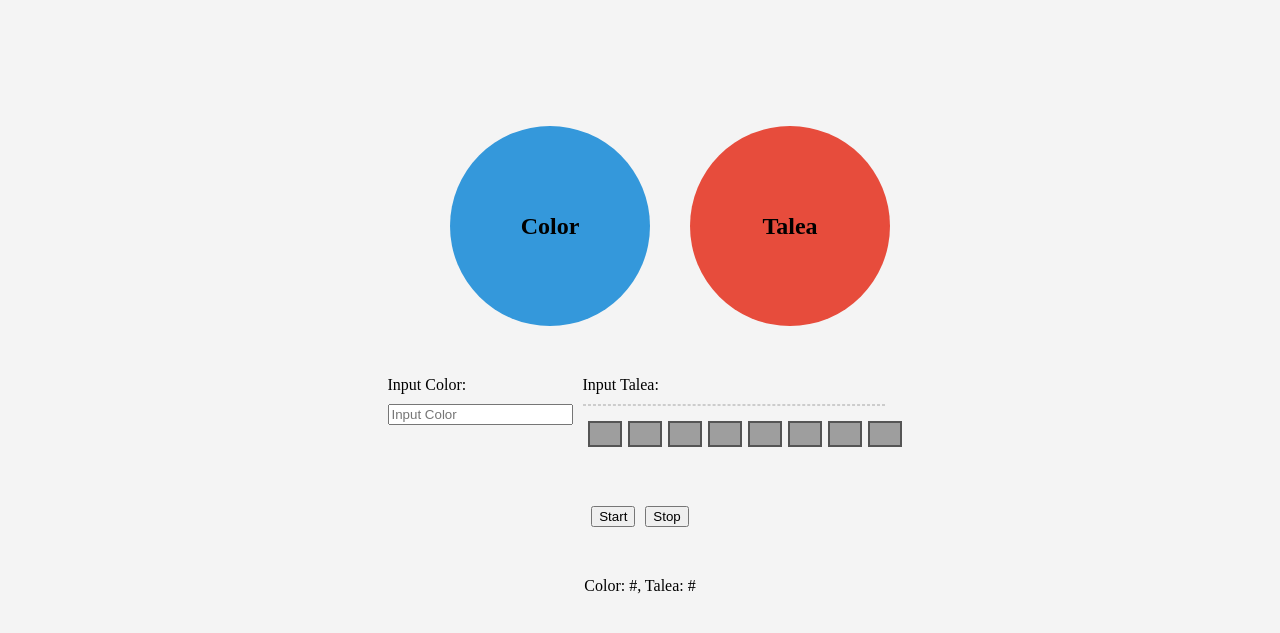
Repository: boshi-an/Isorhythm
Page: .vscode/Isorhythm/index.html
The author's editor kept a copy of each file at every save. The page is drawn from the files as they stood at one save, then again after the next save.
The browser window is 1280 px wide. The pictures show the whole page.
Pictures or frames that could not be fetched are drawn as grey boxes.

Above is the page before, as saved 2023-10-19 01:27:35.

### .vscode/Isorhythm/index.html
<!DOCTYPE html>
<html lang="en">

<head>
    <meta charset="UTF-8">
    <meta name="viewport" content="width=device-width, initial-scale=1.0">
    <title>Rotating Circles</title>
    <link rel="stylesheet" href="styles.css">
</head>

<body>
    <div class="circleContainer">
        <div class="circle" id="circle1">
            <div class="letter">Color</div>
        </div>
        <div class="circle" id="circle2">
            <div class="letter">Talea</div>
        </div>
    </div>
    <div class="inputContainer">
        <div class="taleaInputContainer">
            <div class="h3">Input Color:</div>
            <input type="text" id="input1" placeholder="Input Color">
        </div>
        <div class="taleaInputContainer">
            <div class="h3">Input Talea:</div>
            <div class="imageArea" id="noteInputBox"></div>
            <!-- <div class="taleaInputBox">
                <input type="text" id="input2" placeholder="Input Talea" disabled>
            </div> -->
            <div class="taleaInputButton">
                <div class="button small-btn" id="button1" onclick="addNote(1);"><img src="static/note1.png" /></div>
                <div class="button small-btn" id="button1.5" onclick="addNote(1.5);"><img src="static/note1.5.png" /></div>
                <div class="button small-btn" id="button2" onclick="addNote(2);"><img src="static/note2.png" /></div>
                <div class="button small-btn" id="button2.5" onclick="addNote(2.5);"><img src="static/note2.5.png" /></div>
                <div class="button small-btn" id="button3" onclick="addNote(3);"><img src="static/note3.png" /></div>
                <div class="button small-btn" id="button3.5" onclick="addNote(3.5);"><img src="static/note3.5.png" /></div>
                <div class="button small-btn" id="button4" onclick="addNote(4);"><img src="static/note4.png" /></div>
                <div class="button small-btn" id="buttonReset" onclick="addNote(0);"><img src="static/reset.png" /></div>
            </div>
        </div>
    </div>
    <div class="uiContainer">
        <button id="startBtn">Start</button>
        <button id="stopBtn">Stop</button>
    </div>
    <div class="div" id="display">
        Color: #, Talea: #
    </div>
    <script src="script.js"></script>
</body>

</html>

### .vscode/Isorhythm/styles.css
body {
    display: flex;
    flex-direction: column;
    /* Stack child elements vertically */
    justify-content: center;
    /* Center the content vertically */
    align-items: center;
    /* Center the content horizontally */
    height: 100vh;
    background-color: #f4f4f4;
    overflow: hidden;
    margin: 0;
    gap: 50px;
    /* Space between the circle container and the button container */
}

.circleContainer {
    display: flex;
    align-items: center;
    width: 420px;
    /* Adjust based on your circle sizes */
}

.inputContainer {
    display: flex;
    gap: 10px;
    margin-bottom: 10px;
}

.taleaInputContainer {
    display: flex;
    flex-direction: column;
    gap: 10px;
    margin-bottom: 0px;
}

.taleaInputBox {
    display: flex;
    gap: 10px;
}

.taleaInputButton {
    display: flex;
    gap: 10px;
}

.circle {
    width: 200px;
    height: 200px;
    border-radius: 50%;
    position: relative;
    display: flex;
    flex-shrink: 0;
    align-items: center;
    justify-content: center;
    margin: 0 20px;
}

.uiContainer {
    display: flex;
    gap: 10px;
}

.triangle {
    width: 0;
    height: 0;
    border-left: 50px solid transparent;
    border-right: 50px solid transparent;
    border-bottom: 87px solid #3498db;
    will-change: transform;
    transform-origin: 50% 50%;
}

.letter {
    position: absolute;
    font-size: 1.5em;
    font-weight: bold;
    top: 50%;
    left: 50%;
    transform-origin: 50% 50%;
    transform: translate(-50%, -50%);  /* Centering the letters */
}

.noteImg {
    max-width: 6%;
    position: absolute;
    font-size: 1.5em;
    font-weight: bold;
    top: 50%;
    left: 50%;
    transform-origin: 50% 50%;
    transform: translate(-50%, -50%);
}

#triangle1 {
    border-bottom: 87px solid #3498db;
    /* background-color: #3498db; */
}

#triangle2 {
    border-bottom: 87px solid #e74c3c;
    /* background-color: #e74c3c; */
}

#circle1 {
    background-color: #3498db;
}

#circle2 {
    background-color: #e74c3c;
}

.imageArea {
    width: 300px;
    height: auto;
    border: 1px dashed #ccc;
    display: flex;
    flex-wrap: wrap;
    align-items: center;
}

.imageArea img {
    max-width: 6%;
    margin: 5px;
}

.button img {
    max-width: 100%;
    margin: 5px;
    border: 2px solid #555;
}

.small-btn {
    width: 30px;
    height: 30px;
}

.image {
    position: absolute;
    top: 50%;
    left: 50%;
    transform-origin: 50% 50%;
    width: 30px;
    /* You can adjust this to your preferred image size */
    height: 30px;
}

### .vscode/Isorhythm/script.js
let angle1 = 180;
let angle2 = 0;
let letterPos = +20;
let circle1Size = 100;
let circle2Size = 100;
let rotationMultiplier = 320;
let circle1Num = 0;
let circle2Num = 0;
let rotateDist = 0;
let color = [];
let talea = [];
let taleaImgElement = [];
let animationId;
const circle1 = document.getElementById('circle1');
const circle2 = document.getElementById('circle2');
let duration = {
    1: 4,
    1.5: 6,
    2: 2,
    2.5: 3,
    3: 1,
    3.5: 1.5,
    4: 0.5
};

function getCurrentColor() {
    if (circle1Num == 0) {
        return '#';
    }
    let angle = (rotationMultiplier * rotateDist / circle1Size) % 360;
    let nowNote = parseInt(angle / (360 / circle1Num));
    return color[nowNote];
}

function getCurrentTalea() {
    if (circle2Num == 0) {
        return '#';
    }
    let angle = (rotationMultiplier * rotateDist / circle2Size) % 360;
    let nowNote = parseInt(angle / (360 / circle2Num));
    return talea[nowNote];
}

function updateTextDisplay() {
    const display = document.getElementById("display");
    display.innerHTML = `Color: ${getCurrentColor()}, Talea: <img src="static/note${getCurrentTalea()}.png" width="20" height="20"/>`;
}

function rotateCircle() {
    updateTextDisplay()
    rotateDist += 1/duration[getCurrentTalea()];
    angle1 = (rotationMultiplier * rotateDist / circle1Size) % 360;
    angle2 = (-rotationMultiplier * rotateDist / circle2Size) % 360;
    circle1.style.transform = `rotate(${angle1}deg)`;
    circle2.style.transform = `rotate(${angle2}deg)`;

    animationId = requestAnimationFrame(rotateCircle);
}

document.getElementById('startBtn').addEventListener('click', () => {
    cancelAnimationFrame(animationId);
    rotateCircle();
});

document.getElementById('stopBtn').addEventListener('click', () => {
    rotateDist = 0;
    circle1.style.transform = `rotate(0deg)`;
    circle2.style.transform = `rotate(0deg)`;
    cancelAnimationFrame(animationId);
});

function parseLetters(inputText) {
    let retArray = [];
    for (let i = 0; i < inputText.length-1; i++) {
        s = inputText[i];
        t = inputText[i+1];
        if (s.match(/[a-z]/i) && t.match(/[1-9]/i)) {
            retArray.push(`${s}${t}`);
        }
    }
    return retArray;
}

function updateLetters(circleId, inputText, bias) {
    inputText = parseLetters(inputText);
    const circle = document.getElementById(circleId);

    let circleR = inputText.length * 10;
    circle.style.width = `${circleR * 2}px`;
    circle.style.height = `${circleR * 2}px`;

    const size = circle.offsetWidth + letterPos;
    let rotateAngle = 0;
    let innerHTML = ""

    circle1Size = circle.offsetWidth;
    circle1Num = inputText.length;
    rotateAngle = 0;
    innerHTML = "<div class=\"letter\">Color</div>";
    color = inputText;

    // Remove any existing letters
    if (size <= 100) {
        circle.innerHTML = "";
    }
    else {
        circle.innerHTML = innerHTML;
    }

    // Add new letters
    for (let i = 0; i < inputText.length; i++) {
        const angle = -(i / inputText.length) * 360;
        const letterElem = document.createElement('div');
        letterElem.className = 'letter';
        letterElem.style.transform = `translate(-50%, -50%) rotate(${angle + bias}deg) translate(${size / 2}px) rotate(${rotateAngle}deg)`;
        letterElem.innerText = inputText[i];
        circle.appendChild(letterElem);
    }
}

function updateTalea(circleId, inputNote, bias) {
    const circle = document.getElementById(circleId);

    let circleR = inputNote.length * 10;
    circle.style.width = `${circleR * 2}px`;
    circle.style.height = `${circleR * 2}px`;

    const size = circle.offsetWidth + letterPos;
    let rotateAngle = 0;
    let innerHTML = ""

    circle2Size = circle.offsetWidth;
    circle2Num = inputNote.length;
    rotateAngle = 180;
    innerHTML = "<div class=\"letter\">Talea</div>";


    // Remove any existing letters
    if (size <= 100) {
        circle.innerHTML = "";
    }
    else {
        circle.innerHTML = innerHTML;
    }

    // Add new letters
    for (let i = 0; i < inputNote.length; i++) {
        const angle = (i / inputNote.length) * 360;
        const imgElem = document.createElement('img');
        imgElem.className = 'image';
        imgElem.src = `static/note${inputNote[i]}.png`;;
        imgElem.style.transform = `translate(-50%, -50%) rotate(${angle + bias}deg) translate(${size / 2}px) rotate(${rotateAngle}deg)`;
        circle.appendChild(imgElem);
    }
}

function addNote(number) {
    // alert(number);
    // document.getElementById('input2').value += number;
    // Get the image area div
    if (number != 0) {
        talea.push(number);
        const imageArea = document.getElementById('noteInputBox');

        // Create a new img element
        const img = document.createElement('img');
        img.src = `static/note${number}.png`;

        // Append the img to the image area
        imageArea.appendChild(img);

        taleaImgElement.push(img);
    }
    else if (talea.length > 0) {
        talea.pop();

        length = taleaImgElement.length-1
        if (taleaImgElement[length].parentNode) {
            taleaImgElement[length].parentNode.removeChild(taleaImgElement[length]);
        }
        taleaImgElement.pop();
    }
    // updateTalea('input2');
    updateTalea('circle2', talea, 180);
}

document.getElementById('input1').addEventListener('input', () => updateLetters('circle1', document.getElementById('input1').value, 0));
// document.getElementById('input2').addEventListener('input', () => updateLetters('circle2', 'input2', 180));
// document.getElementById('input2').addEventListener('input', () => updateTalea('input2'));

// document.getElementById("button1").onclick = function () { addNumber(1); };

After the next save:
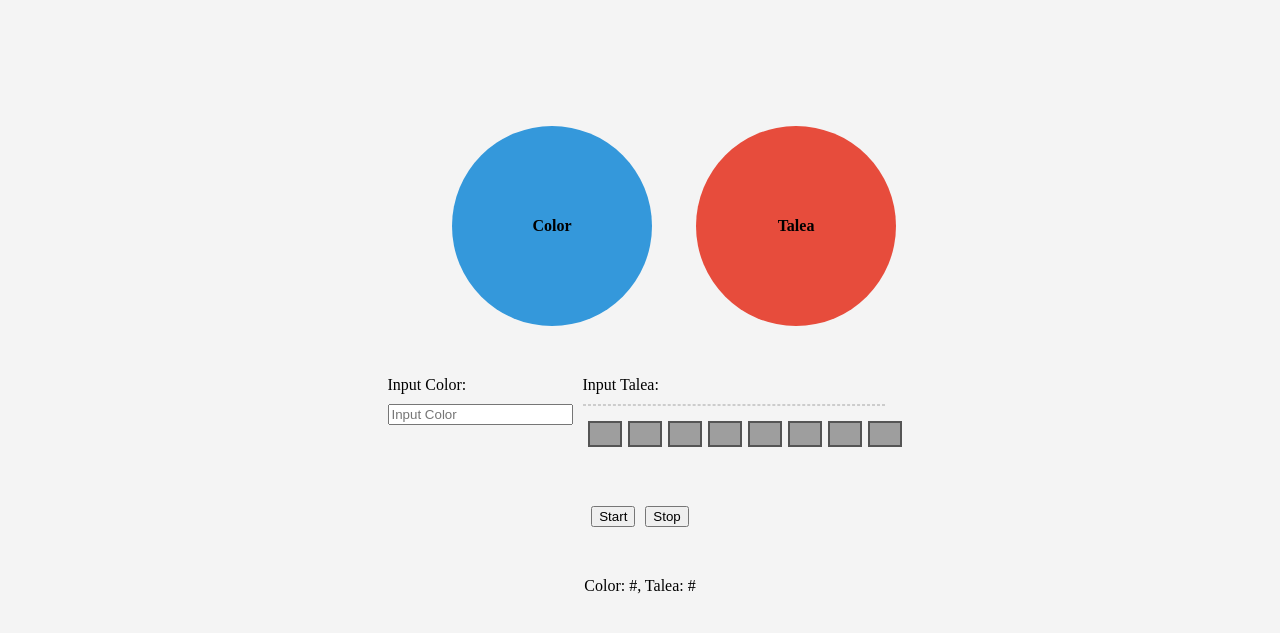
Saved 69 s later.
--- a/.vscode/Isorhythm/styles.css
+++ b/.vscode/Isorhythm/styles.css
@@ -53,7 +53,7 @@ body {
     flex-shrink: 0;
     align-items: center;
     justify-content: center;
-    margin: 0 20px;
+    margin: 0 22px;
 }
 
 .uiContainer {
@@ -73,7 +73,7 @@ body {
 
 .letter {
     position: absolute;
-    font-size: 1.5em;
+    font-size: 1.0em;
     font-weight: bold;
     top: 50%;
     left: 50%;
